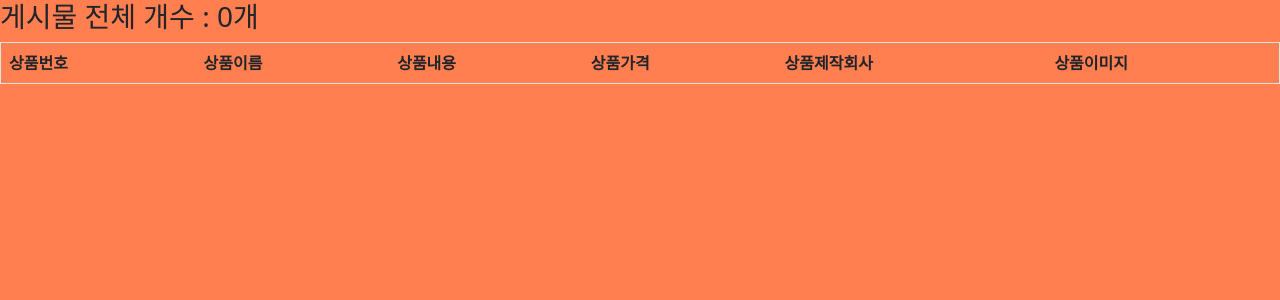
Repository: Hugh-KR/JSP_Project
Page: http://localhost/JSP_Project/product_all.jsp
An editor plug-in stored every save of this project. The page is shown before and after the next save, followed by the edit.
The browser window is 1280 px wide. The pictures show the whole page.
The page is served by Tomcat 9. Queries for data that is not in the repository find no rows.

Above is the page before, as saved 2022-11-08 06:51:32.

After the next save:
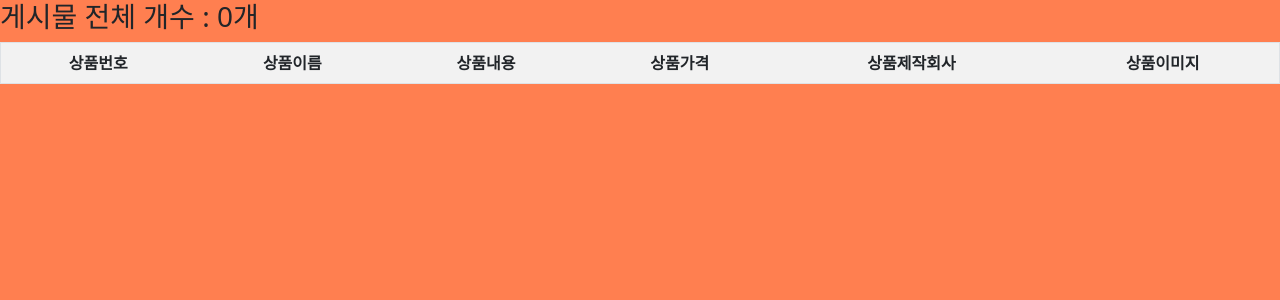
Saved 31 s later.
--- a/JSP_Project/src/main/webapp/product_all.jsp
+++ b/JSP_Project/src/main/webapp/product_all.jsp
@@ -20,7 +20,7 @@ ArrayList<ProductVO> list = dao.list();
 
 <style type="text/css">
 body {background-color: coral;}
-tr:nth-child(even){
+tr{
 text-align: center;
 background-color: #f2f2f2
 }
